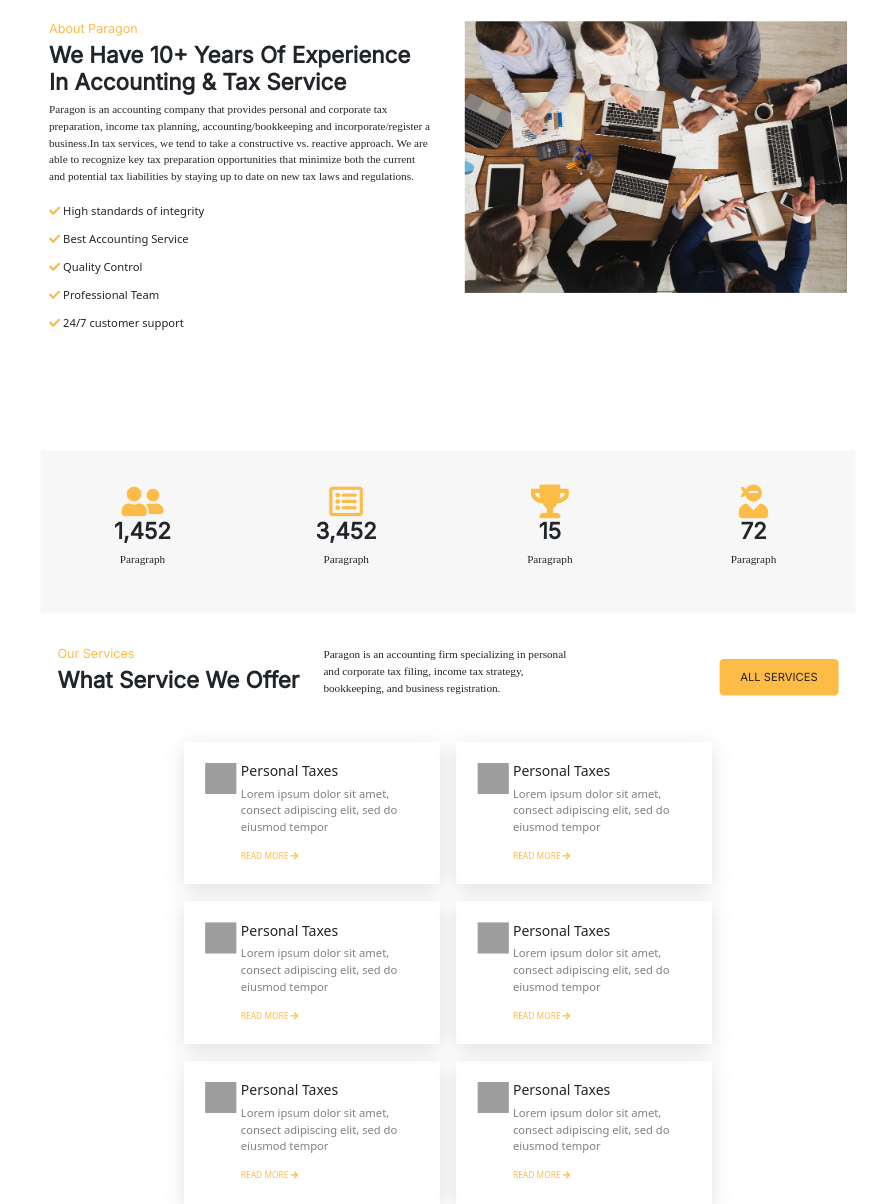
Repository: FailureMaster/paragonaccounting
Page: http://localhost/index.html
An editor plug-in stored every save of this project. The page is shown before and after the next save, followed by the edit.
The browser window is 1280 px wide. The pictures show the part of the page from y = 988 to 2908 px (the page is 2708 px tall before and 2908 px after), at 70% of full size.
Pictures or frames that could not be fetched are drawn as grey boxes. Some web fonts or font styles are not loaded; a fallback is used. The page is run by PHP 8.4 with error messages shown; the project is at /var/www/html/.

Above is the page before, as saved 2022-12-21 00:52:01.

### index.html
<!DOCTYPE html>
<html lang="en">

<head>
    <meta charset="utf-8">
    <meta name="viewport" content="width=device-width, initial-scale=1.0, shrink-to-fit=no">
    <title>new paragon homepage</title>
    <link rel="stylesheet" href="assets/bootstrap/css/bootstrap.min.css">
    <link rel="stylesheet" href="https://fonts.googleapis.com/css?family=Heebo&amp;display=swap">
    <link rel="stylesheet" href="https://fonts.googleapis.com/css?family=Inter&amp;display=swap">
    <link rel="stylesheet" href="https://fonts.googleapis.com/css?family=Inter+Tight&amp;display=swap">
    <link rel="stylesheet" href="assets/fonts/fontawesome-all.min.css">
    <link rel="stylesheet" href="assets/css/Navbar-Centered-Links-icons.css">
    <link rel="stylesheet" href="assets/css/styles.css">
</head>

<body>
    <div class="text-white d-flex justify-content-between container position-relative" style="z-index: 3; height: 21px; padding: 10px; margin-bottom: 15px;">
        <span><i class="fas fa-clock" style="color: #FCBC45;"></i> &nbsp;Opening: Mon - Fri 08:00 - 17:00</span>
        <ul class="list-inline">
            <li class="list-inline-item"><i class="fab fa-facebook-f"></i> </li>
            <li class="list-inline-item"><i class="fab fa-twitter"></i></li>
            <li class="list-inline-item"><i class="fab fa-pinterest"></i></li>
            <li class="list-inline-item"><i class="fab fa-instagram"></i></li>
        </ul>
    </div>

    <nav class="navbar navbar-dark navbar-expand-lg" style="z-index: 2;">
        <div class="container">
            <a class="navbar-brand d-flex align-items-center" href="#"><span><img src="assets/img/paragon_logo.png" style="width: 167px;"></span></a><button data-bs-toggle="collapse" class="navbar-toggler" data-bs-target="#navcol-3"><span class="visually-hidden">Toggle navigation</span><span class="navbar-toggler-icon"></span></button>
            <div class="collapse navbar-collapse" id="navcol-3">
                <ul class="navbar-nav navbar-nav-scroll mx-auto par-header-menu">
                    <li class="nav-item"><a class="nav-link active" href="#" style="--bs-primary: #FCBC45;--bs-primary-rgb: 252,188,69;">Home</a></li>
                    <li class="nav-item"><a class="nav-link" href="#">Services</a></li>
                    <li class="nav-item"><a class="nav-link" href="#">Contact Us</a></li>
                    <li class="nav-item"><a class="nav-link" href="#">About</a></li>
                    <li class="nav-item"><a class="nav-link" href="#">Documents</a></li>
                    <li class="nav-item"><a class="nav-link" href="#">Upload Docuemnts</a></li>
                </ul><button class="btn btn-primary text-uppercase par-btn" type="button" style="border-style: none;"><i class="fas fa-phone-alt" style="font-size: 17px;"></i>&nbsp;call us</button>
            </div>
        </div>
    </nav>

    <section style="background-image: url(https://templatekit.jegtheme.com/acctual/wp-content/uploads/sites/58/2021/03/successful-business-team-looking-at-camera-in-office.jpg);background-position: center center;background-repeat: no-repeat;background-size: cover;margin-top: -140px;margin-bottom: 0px;padding: 380px 0px 250px 0px;z-index: 0;position: relative;">
        <div style="height: 100%;width: 100%;top: 0;left: 0;position: absolute;background-color: #121212;opacity: 0.70;transition: background 0.3s, border-radius 0.3s, opacity 0.3s;border-style: none;border-color: rgba(33,37,41,0);"></div>
        <div class="text-white d-flex flex-column align-items-center container position-relative">
            <h1 class="text-center par-banner-h1">We Provide Best Accounting&nbsp;</h1>
            <h1 class="text-center par-banner-h1">&amp; Tax Service For You<br></h1>
            <p class="text-center par-banner-p" style="width: 439px;">We offer a wide array of services to ensure that we provide you well-integratedfinancial solutions. We are your one-stop-shop for all financial services needs.</p>
            <div class="d-flex align-items-center hero">
                <button class="btn btn-primary par-btn text-uppercase" type="button" style="border-style: none; height: 64px; padding: 20px 40px;">get a quote</button>
                <a id="play-video" class="video-play-button" href="#">
                    <span></span>
                </a>
                <button class="btn btn-primary text-uppercase" type="button" style="background: rgba(13,110,253,0);border-style: none;">&nbsp;Watch video</button>
            </div>
        </div>
    </section>

    <section class="container" style="padding: 100px 0px 100px 0px;">
        <div class="row gx-5 gy-5 row-cols-1 row-cols-sm-1 row-cols-md-1 row-cols-lg-1 row-cols-xl-2 row-cols-xxl-2">
            <div class="col about-paragon">
                <h4 class="par-h4">About Paragon</h4>
                <h2 class="par-h2">We Have 10+ Years Of Experience In Accounting &amp; Tax Service</h2>
                <p class="par-p">Paragon is an accounting company that provides personal and corporate tax preparation, income tax planning, accounting/bookkeeping and incorporate/register a business.In tax services, we tend to take a constructive vs. reactive approach. We are able to recognize key tax preparation opportunities that minimize both the current and potential tax liabilities by staying up to date on new tax laws and regulations.</p>
                <ul>
                    <li><i aria-hidden="true" class="fas fa-check"></i> High standards of integrity</li>
                    <li><i aria-hidden="true" class="fas fa-check"></i> Best Accounting Service</li>
                    <li><i aria-hidden="true" class="fas fa-check"></i> Quality Control</li>
                    <li><i aria-hidden="true" class="fas fa-check"></i> Professional Team</li>
                    <li><i aria-hidden="true" class="fas fa-check"></i> 24/7 customer support</li>
                </ul>
            </div>
            <div class="col"><img src="assets/img/about%20image.jpg" style="width: 100%;"></div>
        </div>
    </section>
    <section class="container pt-5 pb-5">
        <div class="row gx-5 gy-0 py-5" style="background: #f7f7f7;">
            <div class="col text-center"><i class="fas fa-user-friends par-counting-icon"></i>
                <h2 class="par-h2">1,452</h2>
                <p class="par-p">Paragraph</p>
            </div>
            <div class="col text-center"><i class="far fa-list-alt par-counting-icon"></i>
                <h2 class="par-h2"><strong>3,452</strong></h2>
                <p class="par-p">Paragraph</p>
            </div>
            <div class="col text-center"><i class="fas fa-trophy par-counting-icon"></i>
                <h2 class="par-h2">15</h2>
                <p class="par-p">Paragraph</p>
            </div>
            <div class="col text-center"><i class="fas fa-user-ninja par-counting-icon"></i>
                <h2 class="par-h2">72</h2>
                <p class="par-p">Paragraph</p>
            </div>
        </div>
    </section>
    <section class="container services">
        <div class="row mb-5">
            <div class="col">
                <h4 class="par-h4">Our Services</h4>
                <h2 class="par-h2">what service we offer</h2>
            </div>
            <div class="col">
                <p class="par-p">Paragon is an accounting firm specializing in personal and corporate tax filing, income tax strategy, bookkeeping, and business registration.</p>
            </div>
            <div class="col text-end align-self-center"><button class="btn btn-primary par-btn text-uppercase" type="button" style="border-style: none;">all services</button></div>
        </div>
        <div class="row justify-content-center service-offer">
            <div class="service-box">
                <div class="col-2" style="margin: 0px;">
                    <img src="https://templatekit.jegtheme.com/acctual/wp-content/uploads/sites/58/2021/03/personal.png" alt="Personal Taxes">
                </div>
                <div class="col-10">
                    <h3>Personal Taxes</h3>
                    <p>Lorem ipsum dolor sit amet, consect adipiscing elit, sed do eiusmod tempor</p>
                    <a href="#">read more <i aria-hidden="true" class="fas fa-arrow-right"></i></a>
                </div>
            </div>
            <div class="service-box">
                <div class="col-2">
                    <img src="https://templatekit.jegtheme.com/acctual/wp-content/uploads/sites/58/2021/03/personal.png" alt="Personal Taxes">
                </div>
                <div class="col-10">
                    <h3>Personal Taxes</h3>
                    <p>Lorem ipsum dolor sit amet, consect adipiscing elit, sed do eiusmod tempor</p>
                    <a href="#">read more <i aria-hidden="true" class="fas fa-arrow-right"></i></a>
                </div>
            </div>
            <div class="service-box">
                <div class="col-2">
                    <img src="https://templatekit.jegtheme.com/acctual/wp-content/uploads/sites/58/2021/03/personal.png" alt="Personal Taxes">
                </div>
                <div class="col-10">
                    <h3>Personal Taxes</h3>
                    <p>Lorem ipsum dolor sit amet, consect adipiscing elit, sed do eiusmod tempor</p>
                    <a href="#">read more <i aria-hidden="true" class="fas fa-arrow-right"></i></a>
                </div>
            </div>
            <div class="service-box">
                <div class="col-2">
                    <img src="https://templatekit.jegtheme.com/acctual/wp-content/uploads/sites/58/2021/03/personal.png" alt="Personal Taxes">
                </div>
                <div class="col-10">
                    <h3>Personal Taxes</h3>
                    <p>Lorem ipsum dolor sit amet, consect adipiscing elit, sed do eiusmod tempor</p>
                    <a href="#">read more <i aria-hidden="true" class="fas fa-arrow-right"></i></a>
                </div>
            </div>
            <div class="service-box">
                <div class="col-2">
                    <img src="https://templatekit.jegtheme.com/acctual/wp-content/uploads/sites/58/2021/03/personal.png" alt="Personal Taxes">
                </div>
                <div class="col-10">
                    <h3>Personal Taxes</h3>
                    <p>Lorem ipsum dolor sit amet, consect adipiscing elit, sed do eiusmod tempor</p>
                    <a href="#">read more <i aria-hidden="true" class="fas fa-arrow-right"></i></a>
                </div>
            </div>
            <div class="service-box">
                <div class="col-2">
                    <img src="https://templatekit.jegtheme.com/acctual/wp-content/uploads/sites/58/2021/03/personal.png" alt="Personal Taxes">
                </div>
                <div class="col-10">
                    <h3>Personal Taxes</h3>
                    <p>Lorem ipsum dolor sit amet, consect adipiscing elit, sed do eiusmod tempor</p>
                    <a href="#">read more <i aria-hidden="true" class="fas fa-arrow-right"></i></a>
                </div>
            </div>
        </div>
    </section>




    <script src="assets/bootstrap/js/bootstrap.min.js"></script>
</body>
</html>

### assets/css/Navbar-Centered-Links-icons.css
.bs-icon {
  --bs-icon-size: .75rem;
  display: flex;
  flex-shrink: 0;
  justify-content: center;
  align-items: center;
  font-size: var(--bs-icon-size);
  width: calc(var(--bs-icon-size) * 2);
  height: calc(var(--bs-icon-size) * 2);
  color: var(--bs-primary);
}

.bs-icon-xs {
  --bs-icon-size: 1rem;
  width: calc(var(--bs-icon-size) * 1.5);
  height: calc(var(--bs-icon-size) * 1.5);
}

.bs-icon-sm {
  --bs-icon-size: 1rem;
}

.bs-icon-md {
  --bs-icon-size: 1.5rem;
}

.bs-icon-lg {
  --bs-icon-size: 2rem;
}

.bs-icon-xl {
  --bs-icon-size: 2.5rem;
}

.bs-icon.bs-icon-primary {
  color: var(--bs-white);
  background: var(--bs-primary);
}

.bs-icon.bs-icon-primary-light {
  color: var(--bs-primary);
  background: rgba(var(--bs-primary-rgb), .2);
}

.bs-icon.bs-icon-semi-white {
  color: var(--bs-primary);
  background: rgba(255, 255, 255, .5);
}

.bs-icon.bs-icon-rounded {
  border-radius: .5rem;
}

.bs-icon.bs-icon-circle {
  border-radius: 50%;
}

### assets/css/styles.css
.par-header-menu {
  font-family: "Inter";
  font-size: 14px;
  font-weight: 500;
}

.par-header-menu a {
  padding: 0 18px;
  line-height: 1.3em;
  font-family: "Inter";
  font-size: 14px;
  font-weight: 500;
}

.par-banner-h1 {
  font-family: "Inter";
  font-size: 52px;
  font-weight: 600;
  line-height: 62.4px;
}

.par-banner-p {
  font-family: "Heebo";
  font-size: 16px;
  font-weight: 300;
  line-height: 24px;
}

.par-btn {
  color: #252425;
  background-color: #fcbc45;
  font-family: "Inter";
  font-weight: 500;
  font-size: 16px;
  padding: 14px 30px;
}

.par-h4 {
  color: #fcbc45;
  font-family: "Inter";
  font-size: 18px;
  font-weight: 500;
}

.par-h2 {
  font-family: "Inter";
  font-size: 32px;
  line-height: 38.4px;
  font-weight: 600;
  text-transform: capitalize;
}

.par-p {
  font-family: "Heebo";
  font-size: 16px;
  font-weight: 300;
  line-height: 24px;
}

.par-counting-icon {
  color: #fcbc45;
  font-size: 48px;
}

nav .container {
  background: rgb(122, 122, 122, 0.5);
  height: 84px;
  border-radius: 5px;
}

.play-video {
  height: 56px;
  width: 56px;
  align-items: center;
}

.play-video a {
  color: black;
}

.video-play-button {
  transform: translateX(-50%) translateY(-50%);
  box-sizing: content-box;
  display: inline-block;
  margin: 20px 10px 0px 60px;
  border-radius: 50%;
}

.video-play-button:before {
  content: "";
  position: absolute;
  z-index: 0;
  left: 50%;
  top: 50%;
  transform: translateX(-50%) translateY(-50%);
  display: block;
  width: 56px;
  height: 56px;
  background: gray;
  border-radius: 50%;
  animation: pulse-border 1500ms ease-out infinite;
}

.video-play-button:after {
  content: "";
  position: absolute;
  z-index: 1;
  left: 50%;
  top: 50%;
  transform: translateX(-50%) translateY(-50%);
  display: block;
  width: 56px;
  height: 56px;
  background: white;
  border-radius: 50%;
  transition: all 200ms;
}

.video-play-button:hover:after {
  background-color: #FCBC45;
}

.video-play-button img {
  position: relative;
  z-index: 3;
  max-width: 80%;
  width: auto;
  height: auto;
}

.video-play-button span {
  display: block;
  position: relative;
  z-index: 3;
  width: 0;
  height: 0;
  border-left: 18px solid black;
	border-top: 10px solid transparent;
	border-bottom: 10px solid transparent;
}

@keyframes pulse-border {
  0% {
    transform: translateX(-50%) translateY(-50%) translateZ(0) scale(1);
    opacity: 1;
  }
  100% {
    transform: translateX(-50%) translateY(-50%) translateZ(0) scale(1.5);
    opacity: 0;
  }
}

.about-paragon ul {
  padding: 0;

}

.about-paragon li {
  list-style: none;
  line-height: 2.5;
}

.about-paragon i {
  color: #FCBC45;
}

.service-offer {
  gap: 1.5rem;
}

.service-offer .service-box {
  width: 32%;
  padding: 30px;
  display: flex;
  box-shadow: rgba(100, 100, 111, 0.2) 0px 7px 29px 0px;
}

.service-offer img {
  height: 45px;
  width: 45px;
}

.service-box h3 {
  font-size: 20px;
}

.service-box p {
  color: gray;
}

.service-box a {
  text-decoration: none;
  text-transform: uppercase;
  color: #FCBC45;
  font-size: 12px;
}

Loaded but not shown: assets/bootstrap/css/bootstrap.min.css (library); assets/fonts/fontawesome-all.min.css (library); assets/bootstrap/js/bootstrap.min.js (library)

After the next save:
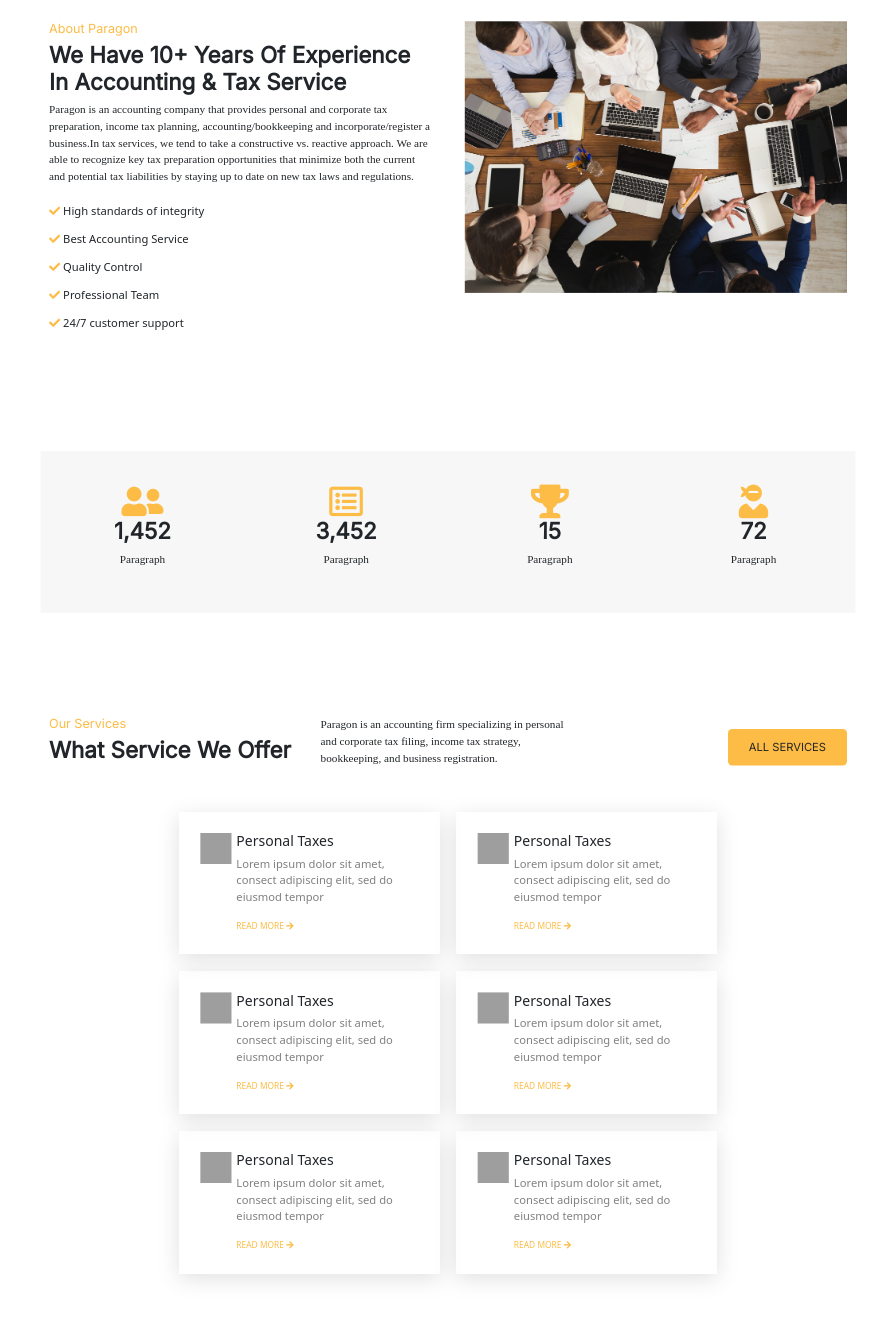
Saved 25 s later.
--- a/assets/css/styles.css
+++ b/assets/css/styles.css
@@ -164,6 +164,11 @@ nav .container {
   color: #FCBC45;
 }
 
+
+.services {
+  padding: 100px 0px 100px 0px;
+}
+
 .service-offer {
   gap: 1.5rem;
 }
